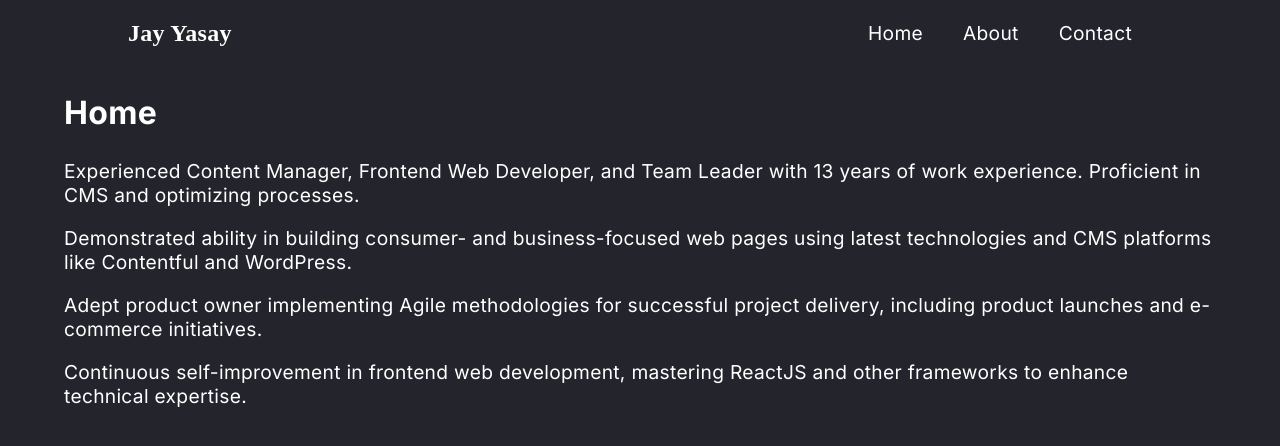
Repository: jayyasay/portfolio
Page: /
These files come from the project's save history. The page is drawn as it stood at one moment and after the next save; the edit follows.
The browser window is 1280 px wide. The pictures show the whole page.
Some web fonts or font styles are not loaded; a fallback is used. The project was rebuilt for these pictures with package versions that can differ from the ones it lists, and the page was loaded fresh each time. Also part of the build but not shown: src/App.css, src/pages/About.js.

Above is the page before, as saved 2023-09-19 17:28:59.

### src/index.css
@import url('https://fonts.googleapis.com/css2?family=Inter:wght@100;200;300;400;500;600;700;800;900&family=Skranji:wght@400;700&display=swap');

body {
  margin: 0;
  font-family: 'Inter', sans-serif;
  -webkit-font-smoothing: antialiased;
  -moz-osx-font-smoothing: grayscale;
  background-color: #23242c;
}

body * {
  letter-spacing: 0.3px;
}

h1 {
  font-family: 'Skranji', cursive;
  color: #fff;
}

code {
  font-family: source-code-pro, Menlo, Monaco, Consolas, 'Courier New',
    monospace;
}

h1, h2, h3, h4, h5, h6, p {
  color: #fff
}

h2 {
  font-size: 2rem;
}

p,a  {
  font-size: 1.2rem;
}

#root {
  padding: 0 20px;
}

@media screen and (min-width: 768px) {
  #root {
    padding: 0;
  }
}

### src/App.js
import './App.css';
import Navigation from './components/Navigation';
import { BrowserRouter as Router, Routes, Route } from 'react-router-dom';
import Home from './pages/Home';
import About from './pages/About';

function App() {
  return (
    <>
      <Router>
        <Navigation />
        <Routes>
          <Route path="/" element={<Home />} />
          <Route path="/about" element={<About />} />
          {/* You can add a route for Contact here when you're ready */}
        </Routes>
      </Router>
    </>
  );
}

export default App;

### src/components/Navigation.js
import React, { useState } from "react";
import styled from "styled-components";
import { Link } from "react-router-dom";

const Nav = styled.nav`
  background-color: #23242c;
  display: flex;
  flex-direction: column;

  @media screen and (min-width: 768px) {
    flex-direction: row;
  }
`;

const Wrapper = styled.div`
  @media screen and (min-width: 768px) {
    display: flex;
    flex-direction: row;
    width: 1024px;
    margin: auto;
  }
`;

const StyledLink = styled(Link)`
  display: flex;
  align-items: center;
  padding: 10px 20px;
  color: white;
  text-align: center;
  text-decoration: none;
  justify-content: center;

  @media screen and (min-width: 768px) {
    height: 100%;
    padding: 0 20px;
    &:hover {
      background-color: #ddd;
      color: black;
    }
  }
`;

const BurgerIcon = styled.span`
  display: none;
  @media screen and (max-width: 767px) {
    display: block;
    position: absolute;
    right: 20px;
    top: 24px;
    cursor: pointer;
    color: #fff;
  }
`;

const NavItems = styled.div`
  @media screen and (max-width: 767px) {
    display: flex;
    flex-direction: column;
    align-items: center;
    width: 100%;
    max-height: ${(props) =>
      props.open
        ? "100vh"
        : "0"};
    transition: max-height 0.2s ease-in-out;
    text-align: center;
    height: calc(100vh - 72.81px);
    background-color: #33363D;
    position: absolute;
    top: 72.81px;
    left: 0;
    overflow: hidden;
  }

  @media screen and (min-width: 768px) {
    align-items: center;
    margin-left: auto;
    display: flex;
  }
`;

const Navigation = () => {
  const [isOpen, setIsOpen] = useState(false);

  return (
    <Nav>
      <Wrapper>
        <h1>Jay Yasay</h1>
        <BurgerIcon onClick={() => setIsOpen(!isOpen)}>☰</BurgerIcon>
        <NavItems open={isOpen}>
          <StyledLink to="/" onClick={() => setIsOpen(!isOpen)}>
            Home
          </StyledLink>
          <StyledLink to="/about" onClick={() => setIsOpen(!isOpen)}>
            About
          </StyledLink>
          <StyledLink to="#" onClick={() => setIsOpen(!isOpen)}>
            Contact
          </StyledLink>
        </NavItems>
      </Wrapper>
    </Nav>
  );
};

export default Navigation;

### src/pages/Home.js
import styled from "styled-components";

const HomeWrapper = styled.div`
  @media screen and (min-width: 768px) {
    max-width: 90%;
    margin: auto;
  }
`;

const Home = () => {
  return (
    <>
      <HomeWrapper>
        <h2>Home</h2>
        <p>
          Experienced Content Manager, Frontend Web Developer, and Team Leader
          with 13 years of work experience. Proficient in CMS and optimizing
          processes.
        </p>
        <p>
          Demonstrated ability in building consumer- and business-focused web
          pages using latest technologies and CMS platforms like Contentful and
          WordPress.
        </p>
        <p>
          Adept product owner implementing Agile methodologies for successful
          project delivery, including product launches and e-commerce
          initiatives.
        </p>
        <p>
          Continuous self-improvement in frontend web development, mastering
          ReactJS and other frameworks to enhance technical expertise.
        </p>
      </HomeWrapper>
    </>
  );
};

export default Home;

Loaded but not shown: public/index.html (common file); src/index.js (common file); src/reportWebVitals.js (common file)

After the next save:
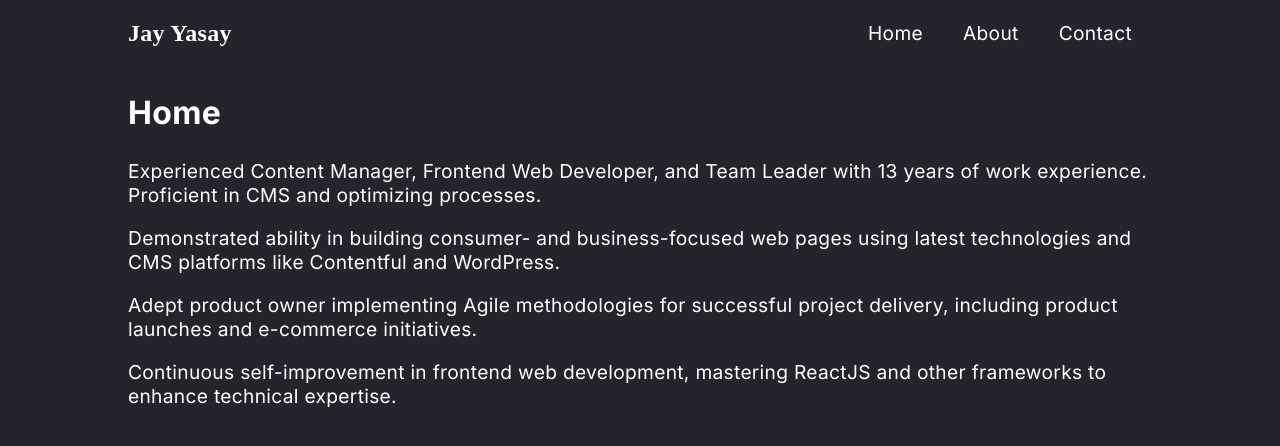
Saved 21 s later.
--- a/src/pages/Home.js
+++ b/src/pages/Home.js
@@ -2,7 +2,7 @@
 
 const HomeWrapper = styled.div`
   @media screen and (min-width: 768px) {
-    max-width: 90%;
+    max-width:1024px;
     margin: auto;
   }
 `;
